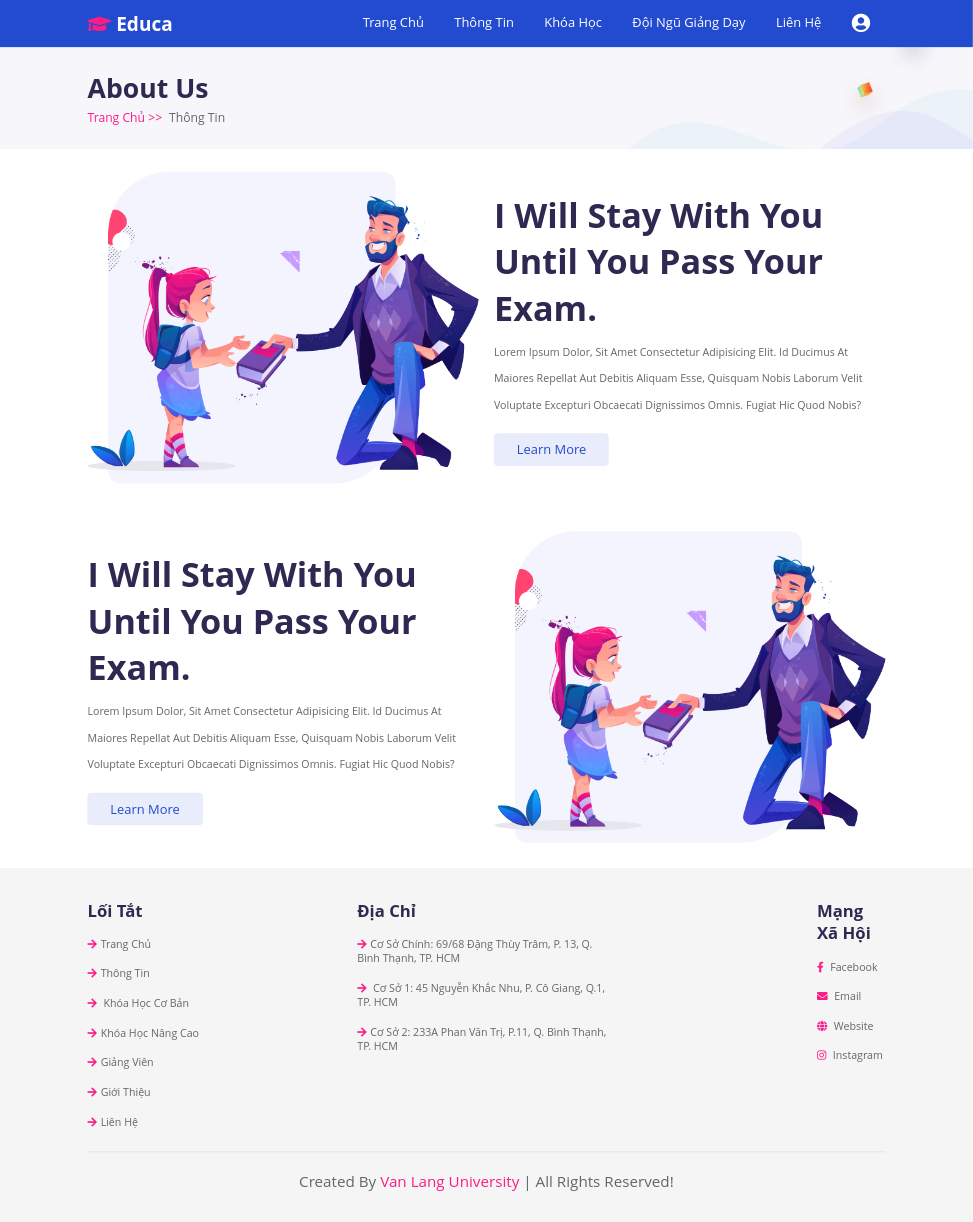
Repository: nhatkhanh022400/Layout
Page: Page-User/about.html
These files come from the project's save history. The page is drawn as it stood at one moment and after the next save; the edit follows.
The browser window is 1280 px wide. The pictures show the whole page, at 76% of full size.

Above is the page before, as saved 2022-03-22 16:55:22.
Console error: ReferenceError: $ is not defined

After the next save:
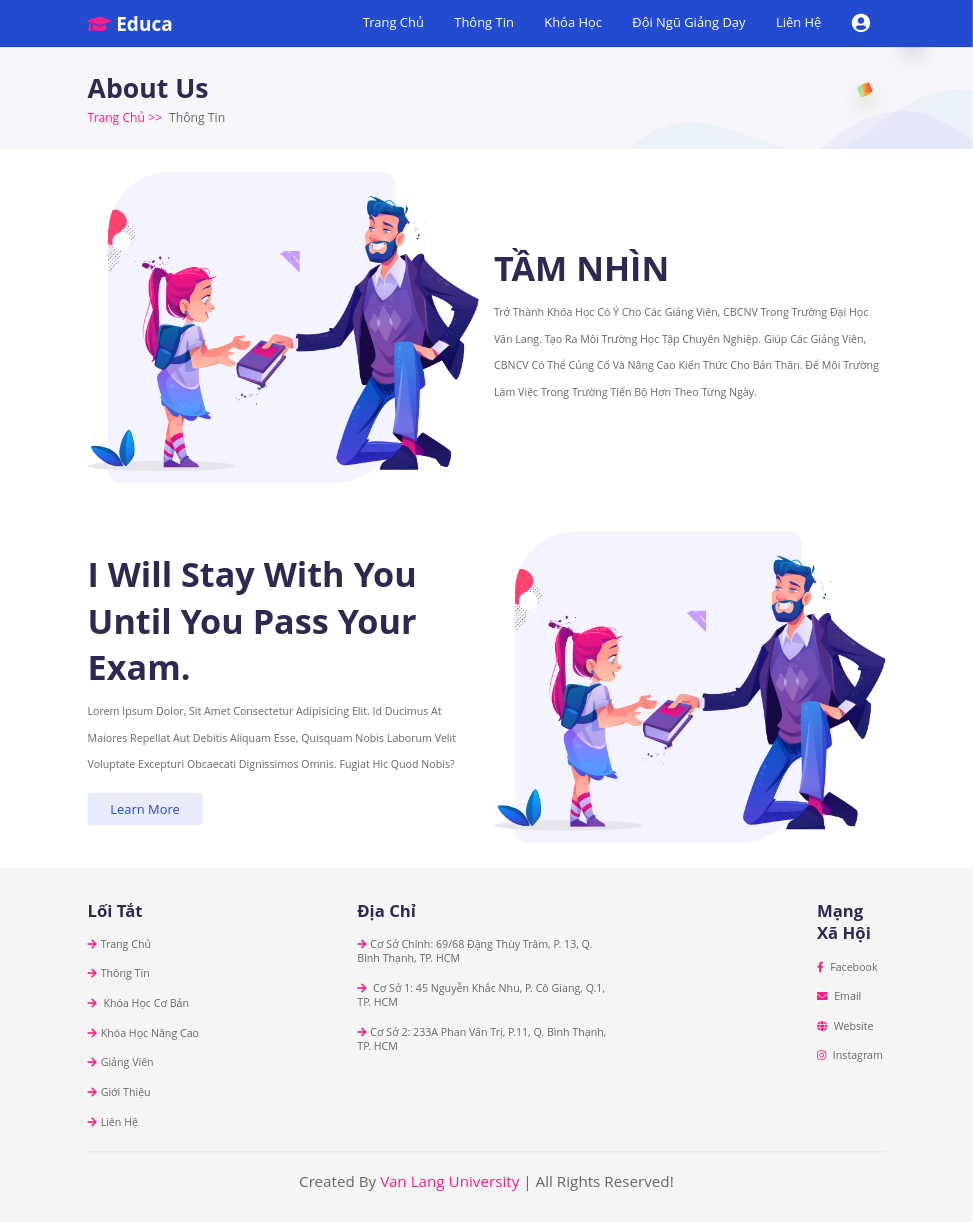
Saved 48 s later.
--- a/Page-User/about.html
+++ b/Page-User/about.html
@@ -73,9 +73,9 @@
     </div>
 
     <div class="content">
-        <h3>I will stay with you until you pass your exam.</h3>
-        <p>Lorem ipsum dolor, sit amet consectetur adipisicing elit. Id ducimus at maiores repellat aut debitis aliquam esse, quisquam nobis laborum velit voluptate excepturi obcaecati dignissimos omnis. Fugiat hic quod nobis?</p>
-        <a href="#" class="btn">learn more</a>
+        <h3>TẦM NHÌN</h3>
+        <p>Trở thành khóa học có ý cho các giảng viên, CBCNV trong Trường Đại học Văn Lang. Tạo ra môi trường học tập chuyên nghiệp. Giúp các giảng viên, CBNCV có thể củng cố và nâng cao kiến thức cho bản thân. Để môi trường làm việc trong trường tiến bộ hơn theo từng ngày.</p>
+
     </div>
 
 </section>
